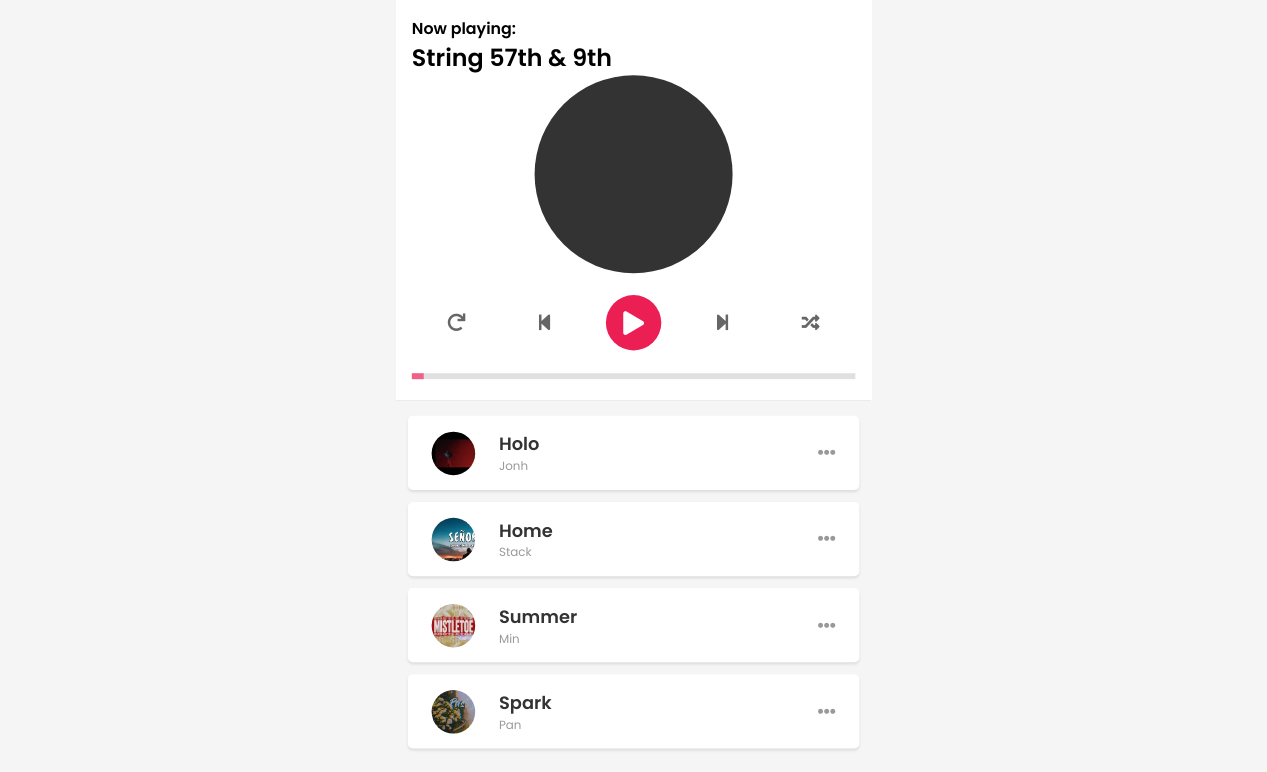
Repository: MinhNhatIT2901/Mp3-clon
Page: index.html
An editor plug-in stored every save of this project. The page is shown before and after the next save, followed by the edit.
The browser window is 1280 px wide. The pictures show the whole page, at 99% of full size.

Above is the page before, as saved 2022-01-01 17:27:32.

### index.html
<!DOCTYPE html>
<html lang="en">
<head>
    <meta charset="UTF-8">
    <meta http-equiv="X-UA-Compatible" content="IE=edge">
    <meta name="viewport" content="width=device-width, initial-scale=1.0">
    <title>Document</title>
    <link rel="stylesheet" href="./asset/css/app.css">
    <link rel="stylesheet" href="https://cdnjs.cloudflare.com/ajax/libs/font-awesome/5.15.2/css/all.min.css" integrity="sha512-HK5fgLBL+xu6dm/Ii3z4xhlSUyZgTT9tuc/hSrtw6uzJOvgRr2a9jyxxT1ely+B+xFAmJKVSTbpM/CuL7qxO8w==" crossorigin="anonymous" />
    <link rel="preconnect" href="https://fonts.gstatic.com">
    <link href="https://fonts.googleapis.com/css2?family=Poppins:wght@300;400;600&display=swap" rel="stylesheet">
</head>
<body>
    <div class="player">
        <div class="dashboard">
            <div class="header">
                <h4>Now playing:</h4>
                <h2>String 57th & 9th</h2>
            </div>

            <div class="cd">
                <div class="cd-thumb">
                </div>
            </div>

            <div class="control">
                <div class="btn btn-repeat">
                    <i class="fas fa-redo"></i>
                </div>
                <div class="btn btn-prev">
                    <i class="fas fa-step-backward"></i>
                </div>
                <div class="btn btn-toggle-play">
                    <i class="fas fa-pause icon-pause"></i>
                    <i class="fas fa-play icon-play"></i>
                </div>
                <div class="btn btn-next">
                    <i class="fas fa-step-forward"></i>
                </div>
                <div class="btn btn-random">
                    <i class="fas fa-random"></i>
                </div>
            </div>

            <input id="progress" class="progress" type="range" value="0" step="1" min="0" max="100">
            <audio id="audio" src=""></audio>
        </div>

        <div class="playlist">
            <!-- <div class="song">
                <div class="thumb" style="background-image: url('https://i.ytimg.com/vi/jTLhQf5KJSc/maxresdefault.jpg')">
                </div>
                <div class="body">
                    <h3 class="title">Music name</h3>
                    <p class="author">Singer</p>
                </div>
                <div class="option">
                    <i class="fas fa-ellipsis-h"></i>
                </div>
            </div> -->
        </div>
    </div>
</body>
    <script src="./asset/css/app.js"></script>
</html>

### asset/css/app.css
:root {
  --primary-color: #ec1f55;
  --text-color: #333;
}

* {
  padding: 0;
  margin: 0;
  box-sizing: inherit;
}

body {
  background-color: #f5f5f5;
}

html {
  box-sizing: border-box;
  font-family: "Poppins", sans-serif;
}

.player {
  position: relative;
  max-width: 480px;
  margin: 0 auto;
}

.player .icon-pause {
  display: none;
}

.player.playing .icon-pause {
  display: inline-block;
}

.player.playing .icon-play {
  display: none;
}

.dashboard {
  padding: 16px 16px 14px;
  background-color: #fff;
  position: fixed;
  top: 0;
  width: 100%;
  max-width: 480px;
  border-bottom: 1px solid #ebebeb;
}

/* HEADER */
header {
  text-align: center;
  margin-bottom: 10px;
}

header h4 {
  color: var(--primary-color);
  font-size: 12px;
}

header h2 {
  color: var(--text-color);
  font-size: 20px;
}

/* CD */
.cd {
  display: flex;
  margin: auto;
  width: 200px;
}

.cd-thumb {
  width: 100%;
  padding-top: 100%;
  border-radius: 50%;
  background-color: #333;
  background-size: cover;
  margin: auto;
}

/* CONTROL */
.control {
  display: flex;
  align-items: center;
  justify-content: space-around;
  padding: 18px 0 8px 0;
}

.control .btn {
  color: #666;
  padding: 18px;
  font-size: 18px;
}

.control .btn.active {
  color: var(--primary-color);
}

.control .btn-toggle-play {
  width: 56px;
  height: 56px;
  border-radius: 50%;
  font-size: 24px;
  color: #fff;
  display: flex;
  align-items: center;
  justify-content: center;
  background-color: var(--primary-color);
}

.progress {
  width: 100%;
  -webkit-appearance: none;
  height: 6px;
  background: #d3d3d3;
  outline: none;
  opacity: 0.7;
  -webkit-transition: 0.2s;
  transition: opacity 0.2s;
}

.progress::-webkit-slider-thumb {
  -webkit-appearance: none;
  appearance: none;
  width: 12px;
  height: 6px;
  background-color: var(--primary-color);
  cursor: pointer;
}

/* PLAYLIST */
.playlist {
  margin-top: 408px;
  padding: 12px;
}

.song {
  display: flex;
  align-items: center;
  margin-bottom: 12px;
  background-color: #fff;
  padding: 8px 16px;
  border-radius: 5px;
  box-shadow: 0 2px 3px rgba(0, 0, 0, 0.1);
}

.song.active {
  background-color: var(--primary-color);
}

.song:active {
  opacity: 0.8;
}

.song.active .option,
.song.active .author,
.song.active .title {
  color: #fff;
}

.song .thumb {
  width: 44px;
  height: 44px;
  border-radius: 50%;
  background-size: cover;
  margin: 0 8px;
}

.song .body {
  flex: 1;
  padding: 0 16px;
}

.song .title {
  font-size: 18px;
  color: var(--text-color);
}

.song .author {
  font-size: 12px;
  color: #999;
}

.song .option {
  padding: 16px 8px;
  color: #999;
  font-size: 18px;
}

### asset/css/app.js
const $ = document.querySelector.bind(document);
const $$ = document.querySelectorAll.bind(document);

const app = {
    songs: [
        {
            name: 'Holo',
            singer: 'Jonh',
            path: './asset/music/holo.mp3',
            image: './asset/img/img1.jpg'
        },
        {
            name: 'Home',
            singer: 'Stack',
            path: './asset/music/home.mp3',
            image: './asset/img/img2.jpg'
        },
        {
            name: 'Summer',
            singer: 'Min',
            path: './asser/music/mp3_music_summer.mp3',
            image: './asset/img/img3.jpg'
        },
        {
            name: 'Spark',
            singer: 'Pan',
            path: './asset/music/spark.mp3',
            image: './asset/img/img4.jpg'
        }
    ],
    render: function() {
        const htmls = this.songs.map(song => {
            return `
            <div class="song">
                <div class="thumb"
                    style="background-image: url('${song.image}')">
                </div>
                <div class="body">
                    <h3 class="title">${song.name}</h3>
                    <p class="author">${song.singer}</p>
                </div>
                <div class="option">
                    <i class="fas fa-ellipsis-h"></i>
                </div>
            </div>
            `
        })
        $('.playlist').innerHTML = htmls.join('');
    },
    start: function() {
        this.render();
    }
}

app.start();

After the next save:
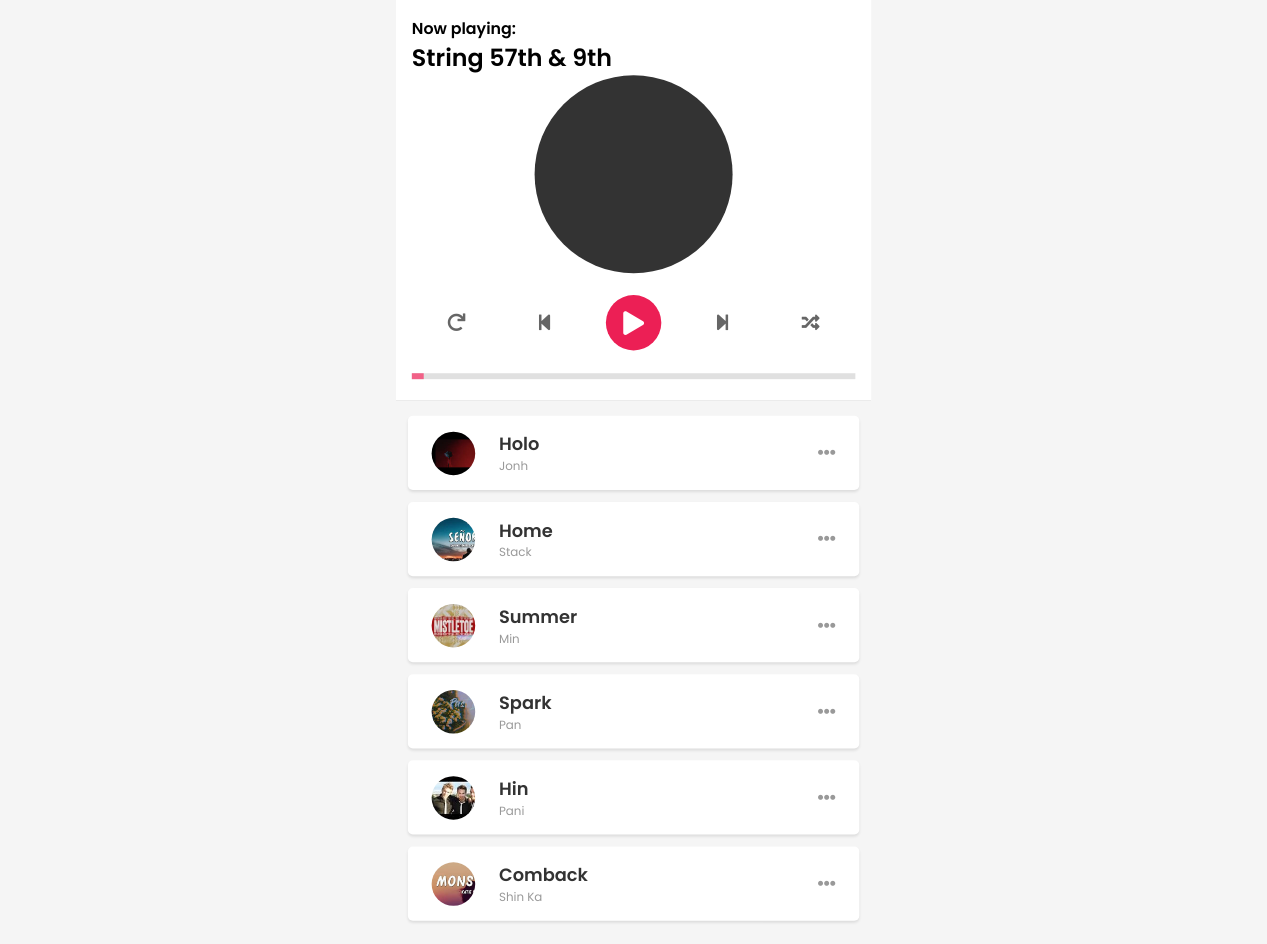
Saved 85 s later.
--- a/asset/css/app.js
+++ b/asset/css/app.js
@@ -26,7 +26,19 @@ const app = {
             singer: 'Pan',
             path: './asset/music/spark.mp3',
             image: './asset/img/img4.jpg'
-        }
+        },
+        {
+            name: 'Hin',
+            singer: 'Pani',
+            path: './asset/music/home.mp',
+            image: './asset/img/img5.jpg'
+        },
+        {
+            name: 'Comback',
+            singer: 'Shin Ka',
+            path: './asset/music/spark.mp3',
+            image: './asset/img/img6.jpg'
+        },
     ],
     render: function() {
         const htmls = this.songs.map(song => {
